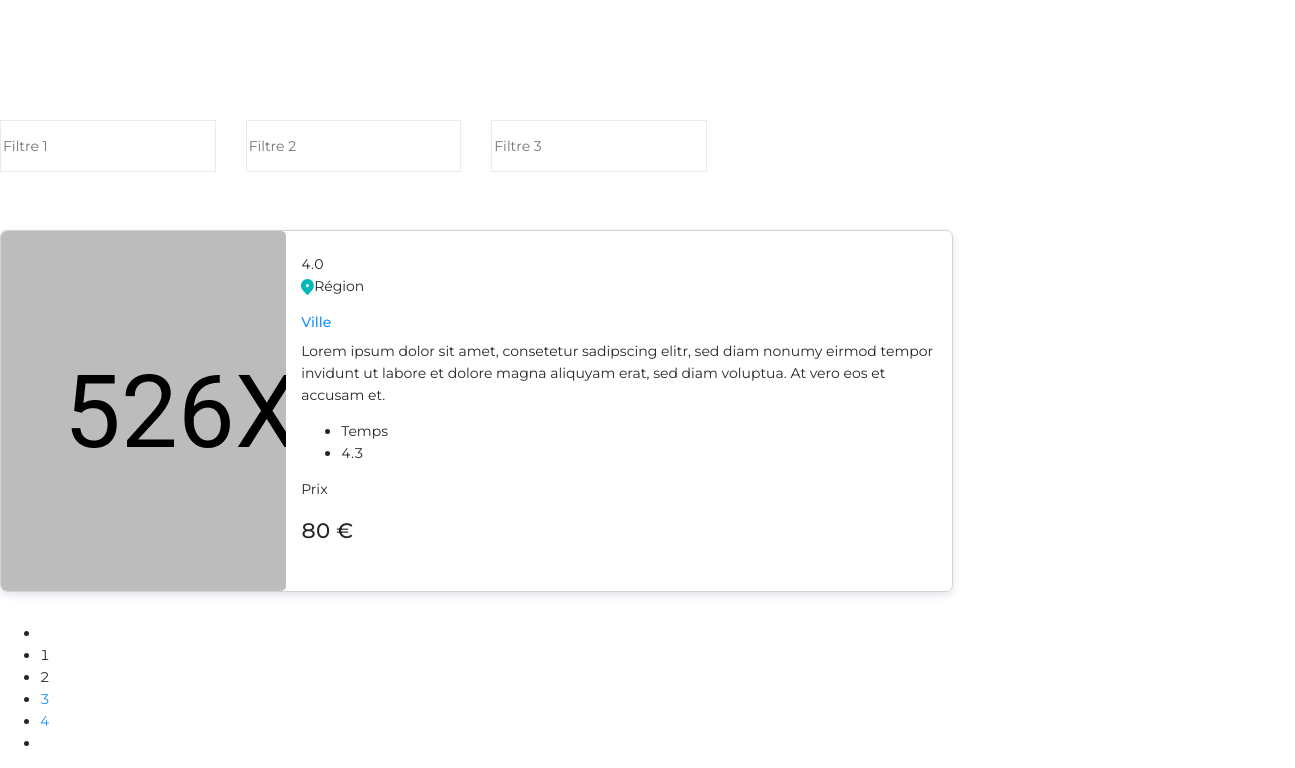
Repository: Emerson1220/projet-neofeel-lacapsule
Page: /roadPlanner (app in reactapp/)
The author's editor kept a copy of each file at every save. The page is drawn from the files as they stood at one save, then again after the next save.
The browser window is 1280 px wide. The page is 1295 px wide, then 1280 px, then 1295 px, so the pictures cover 1295 px, including what lies to the right of the window. The pictures show the whole page.
The project was rebuilt for these pictures with package versions that can differ from the ones it lists, and the page was loaded fresh each time. Also part of the build but not shown: reactapp/src/Nav.js, reactapp/src/ScreenHome.js.

Above is the page before, as saved 2021-05-18 10:37:41.

### reactapp/src/App.js
import './App.css';
import Nav from './Nav'
import {BrowserRouter as Router, Switch, Route} from 'react-router-dom'

import ScreenHome from './ScreenHome';
import ScreenRoadPlanner from './screens/ScreenRoadPlanner';

function App() {
  return (



    // <SearchPage></SearchPage>
      <Router>
        <Switch>
          <Route component={ScreenHome} path="/" exact />
          <Route component={ScreenRoadPlanner} path="/roadPlanner"  />
          {/* <Route component={ScreenConnexion} path="/connexion"  />
          <Route component={ScreenSearch} path="/recherche"  />
          <Route component={ScreenInfo} path="/info"  />
          <Route component={ScreenPartner} path="/partenaire"  />
          <Route component={ScreenRoadPlanner} path="/roadPlanner"  />
          <Route component={ScreenTrips} path="/voyages"  />
          <Route component={ScreenProfil} path="/profil"  />
          <Route component={ScreenBasket} path="/panier"  />
          <Route component={ScreenSuggestion} path="/suggestion"  /> */}
        </Switch>
      </Router>

  );
}

export default App;

### reactapp/src/App.css
@import '~antd/dist/antd.css';
@import url('https://fonts.googleapis.com/css2?family=Montserrat:ital,wght@0,200;0,300;0,400;0,500;0,600;0,700;1,400;1,600&display=swap');

* {
  font-family: 'Montserrat', sans-serif;
}

.App {
  text-align: center;
}

.App-logo {
  height: 40vmin;
  pointer-events: none;
}

@media (prefers-reduced-motion: no-preference) {
  .App-logo {
    animation: App-logo-spin infinite 20s linear;
  }
}

.App-header {
  background-color: #282c34;
  min-height: 100vh;
  display: flex;
  flex-direction: column;
  align-items: center;
  justify-content: center;
  font-size: calc(10px + 2vmin);
  color: white;
}

.App-link {
  color: #61dafb;
}

@keyframes App-logo-spin {
  from {
    transform: rotate(0deg);
  }
  to {
    transform: rotate(360deg);
  }
}
/* CSS NAVBAR _______________________*/



.h1-montserrat {
  width: auto; /* 366px */
  height: auto; /* 58px */
  overflow: visible;
  white-space: pre;
  letter-spacing: 0px;
  line-height: 1.2;
  color: #106271;
  font-weight: 700;
  font-family: "Inter-Bold", "Inter", sans-serif;
  font-size: 48px;
}

.devenezPartenaireButton{

background-color: #e06868;
overflow: visible;
  white-space: pre;
  letter-spacing: 0px;
line-height: 1.2;
  color: #ffffff;
  font-weight: 700;
  font-family: "Inter-Bold", "Inter", sans-serif;
width: 150px;
height: 50px;
left: 971px;
top: 40px;
border-radius: 5px;
}

.listNav{
  color: #106271;
  margin: 0px 0px;
}

### reactapp/src/screens/ScreenRoadPlanner.js
import React from 'react';
import '../App.css';
import { Button } from 'antd';
import { Link } from 'react-router-dom';
import Nav from '../Nav'

function ScreenRoadPlanner() {

    return (	<div style={{ paddingTop:'120px' }}>

                <div style={ styles.container }>

                    <div style={ styles.row }>

                        <div style={ styles.col_xl_9 }>
                            <div style={{ marginBottom:'40px' }}> {/* Filters */}

                                <div style={ styles.row }>
                                    <div style={ styles.col_xl_3 }>
                                        <label style={ styles.single_input_wrap }>
                                            <i style={ styles.icons_la }/>
                                            <input style={ styles.single_input_wrap_input } type="text" placeholder="Filtre 1" />
                                        </label>
                                    </div>

                                    <div style={ styles.col_xl_3 }>
                                        <label style={ styles.single_input_wrap }>
                                            <i style={ styles.icons_la }/>
                                            <input style={ styles.single_input_wrap_input } type="text" placeholder="Filtre 2" />
                                        </label>
                                    </div>

                                    <div style={ styles.col_xl_3 }>
                                        <label style={ styles.single_input_wrap }>
                                            <i style={ styles.icons_la }/>
                                            <input style={ styles.single_input_wrap_input } type="text" placeholder="Filtre 3" />
                                        </label>
                                    </div>
                                </div>
                            </div> {/* End -> ButtonFilters */}

                            <div style={ styles.experiences_list_area }> {/* Container -> Card expérience */}
                                <div style={ styles.single_destinations}> {/* Card expérience */}
                                    <div style={ styles.image_card }>
                                        <img src="images/photo-526x360.png" alt="list" />
                                    </div>
                                    <div style={ styles.detail_card }>
                                        <div className="tp-review-meta">
                                            <i style={ styles.icons_fa_1  }/>
                                            <i style={ styles.icons_fa_1 } />
                                            <i style={ styles.icons_fa_1  } />
                                            <i style={ styles.icons_fa_1  } />
                                            <i style={ styles.icons_fa_2  } />
                                            <span>4.0</span>
                                        </div>

                                        <p className="location"><img src="images/icone-geo.png" alt="map" />Région</p>
                                        <h4 className="title"><Link to="/tour-details">Ville</Link></h4>
                                        <p className="content">Lorem ipsum dolor sit amet, consetetur sadipscing elitr, sed diam nonumy eirmod tempor invidunt ut labore et dolore magna aliquyam erat, sed diam voluptua. At vero eos et accusam et.</p>

                                        <div className="list-price-meta">
                                            <ul className="tp-list-meta d-inline-block">
                                                <li><i className="fa fa-clock-o" /> Temps</li>
                                                <li><i className="fa fa-star" /> 4.3</li>
                                            </ul>
                                            <div className="tp-price-meta d-inline-block">
                                                <p>Prix</p>
                                                <h2>80 <span>€</span></h2>
                                            </div>
                                        </div>
                                    </div>
                                </div> {/* End -> Card expérience */}
                            </div> {/* End -> Container -> Card expérience */}


                            <div className="text-md-center text-left"> {/* Pagination */}
                                <div className="tp-pagination text-md-center text-left d-inline-block mt-4">
                                    <ul>
                                        <li><a className="prev page-numbers" href="#"><i className="la la-long-arrow-left" /></a></li>
                                        <li><span className="page-numbers">1</span></li>
                                        <li><span className="page-numbers current">2</span></li>
                                        <li><a className="page-numbers" href="#">3</a></li>
                                        <li><a className="page-numbers" href="#">4</a></li>
                                        <li><a className="next page-numbers" href="#"><i className="la la-long-arrow-right" /></a></li>
                                    </ul>
                                </div>
                            </div>{/* End -> Pagination */}
                        </div>
                    </div>
                </div>
            </div>
    )
};

let styles = {
    container: {
        width: '100%',
        paddingright: '15px',
        paddingleft: '15px',
        marginright: 'auto',
        marginleft: 'auto',
    },

    row:{
        display: 'flex',
        flexWrap: 'wrap',
        marginRight: '-15px',
        marginLeft: '-15px',
    },

    col_xl_9:{
        position: 'relative',
        flex: '0 0 75%',
        maxWidth: '75%',
        width: '100%',
        minHeight: '1px',
        paddingRight: '15px',
        paddingLeft: '15px',
        },

    col_xl_3:{
        position: 'relative',
        flex: '0 0 25%',
        maxWidth: '25%',
        width: '100%',
        minHeight: '1px',
        paddingRight: '15px',
        paddingLeft: '15px',
        },

    single_input_wrap:{
        position: 'relative',
        width: '100%',
        marginBottom: '18px',
        display: 'inline-block',
    },

    single_input_wrap_input:{
        background: '#ffffff',
        border: '1px solid #EAEAEA',
        height: '52px',
        width: '100%',
    },

    icons_la:{
        display: 'inline-block',
        position: 'absolute',
        top: '17px',
        left: '20px',
        color: '#CFD3DE',
        font: 'normal normal normal 16px/1 LineAwesome',
        fontSize: 'inherit',
        textDecoration: 'inherit',
        textRendering: 'optimizeLegibility',
        textTransform: 'none',
    },

    experiences_list_area:{
        boxSizing: 'border-box',
        outline: 'none',
    },

    single_destinations:{
        display: 'flex',
        flexWrap: 'wrap',
        margin: '0 0 30px 0',
        border: '1px solid #CFD3DE',
        boxShadow: '0px 3px 9px #071c551f',
        borderRadius: '7px',
        position: 'relative',
        overflow: 'hidden',
    },

    image_card:{
        position: 'relative',
        background: '#106271',
        overflow: 'hidden',
        flex: '0 0 30%',
        backgroundSize: 'cover',
        backgroundRepeat: 'no-repeat',
        backgroundPosition: 'center center',
        minHeight: '200px',
        borderRadius: '5px',
    },

    detail_card:{
        flex: '0 0 70%',
        padding: '22px 15px',
        background: '#ffffff',
    },

    icons_fa_1:{
        display: 'inline-block',
        font: 'normal normal normal 14px/1 FontAwesome',
        fontSize: 'inherit',
        textRendering: 'auto',
        color: '#f3941e',
    },

    icons_fa_2:{
        display: 'inline-block',
        font: 'normal normal normal 14px/1 FontAwesome',
        fontSize: 'inherit',
        textRendering: 'auto',
        color: '#d4d4d4',
    },



    }













export default ScreenRoadPlanner;

Loaded but not shown: reactapp/public/index.html (common file); reactapp/src/index.js (common file); reactapp/src/index.css (common file); reactapp/src/reportWebVitals.js (common file)

After the next save:
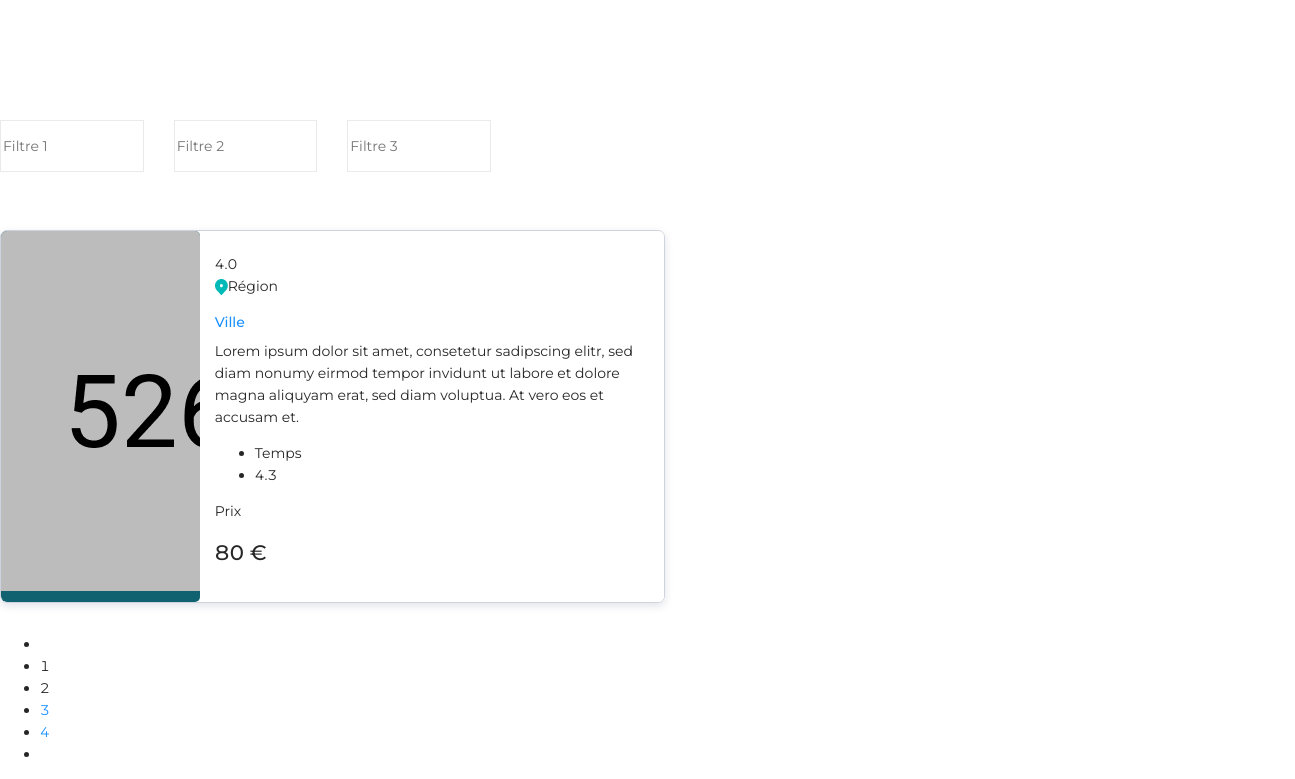
Saved 2 min 35 s later.
--- a/reactapp/src/screens/ScreenRoadPlanner.js
+++ b/reactapp/src/screens/ScreenRoadPlanner.js
@@ -94,7 +94,7 @@
 
 let styles = {
     container: {
-        width: '100%',
+        width: '70%',
         paddingright: '15px',
         paddingleft: '15px',
         marginright: 'auto',

After the save that followed:
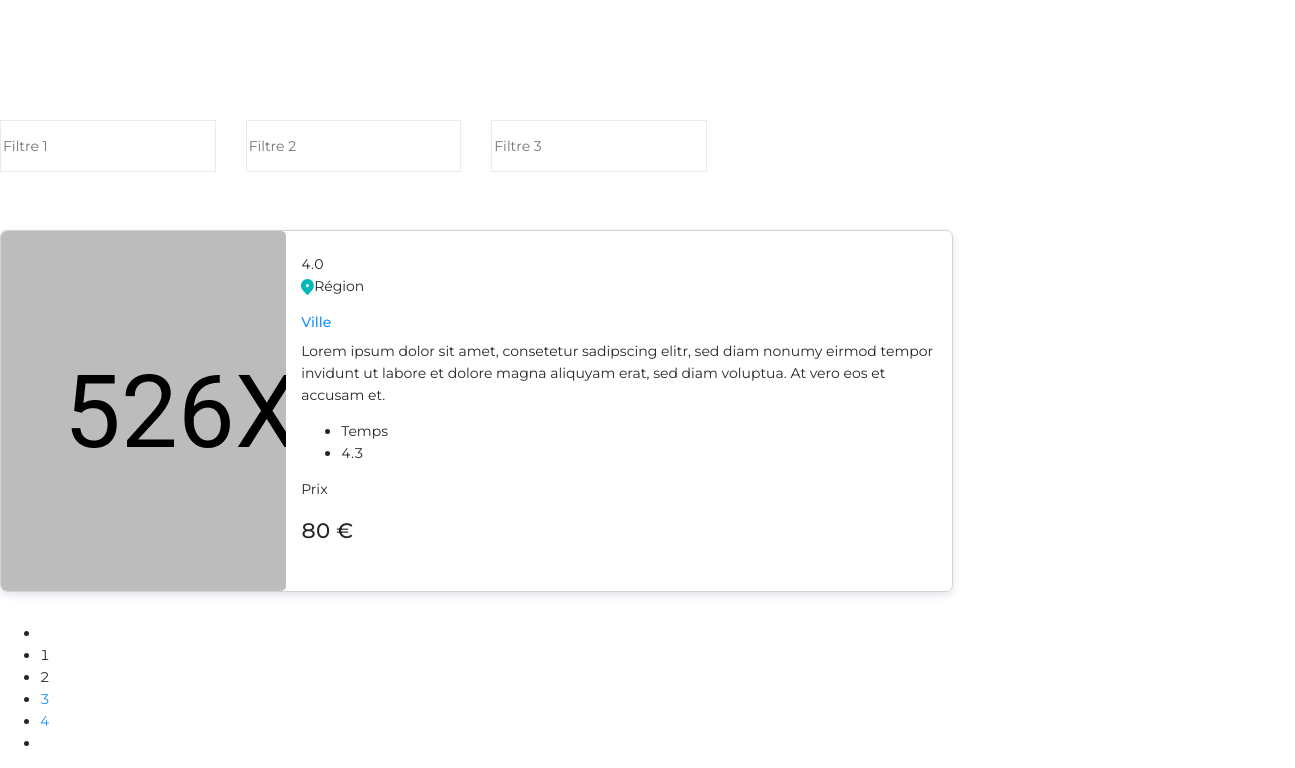
Saved 39 s later.
--- a/reactapp/src/screens/ScreenRoadPlanner.js
+++ b/reactapp/src/screens/ScreenRoadPlanner.js
@@ -94,7 +94,7 @@
 
 let styles = {
     container: {
-        width: '70%',
+        width: '100%',
         paddingright: '15px',
         paddingleft: '15px',
         marginright: 'auto',
